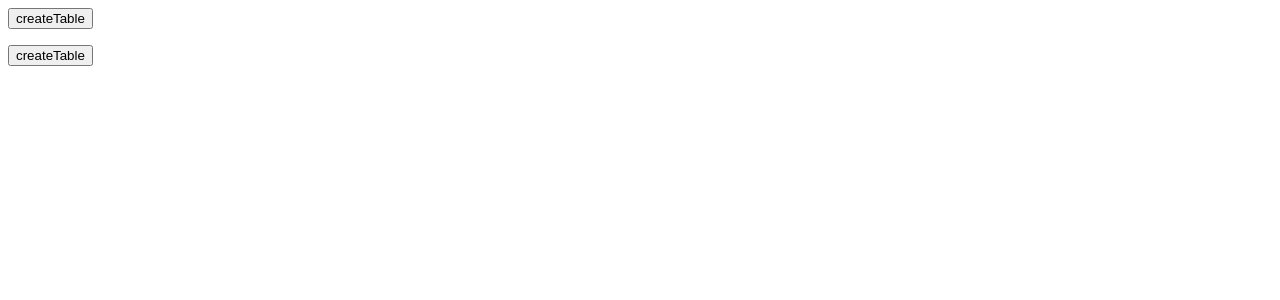
Repository: qq847261175/JavaWeb
Page: Jdbc_0010_MysqlConnected/WebRoot/welcome.html
The author's editor kept a copy of each file at every save. The page is drawn from the files as they stood at one save, then again after the next save.
The browser window is 1280 px wide. The pictures show the whole page.

Above is the page before, as saved 2016-10-28 08:59:43.

### Jdbc_0010_MysqlConnected/WebRoot/welcome.html
<head>

<body>
<form action="CreateTableServlet" method="post">
<input type="submit" value="createTable"/><br/>
</form>
<form action="AddServlet" method="post">
<input type="submit" value="createTable"/><br/>
</form>
</body>

</head>

After the next save:
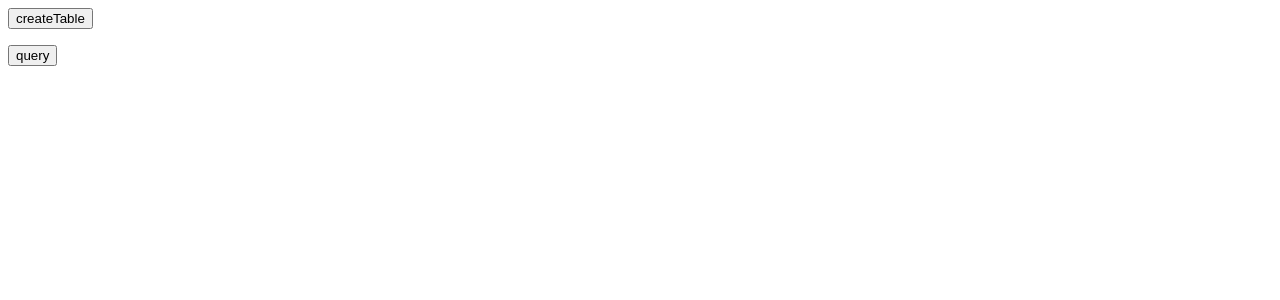
Saved 23 s later.
--- a/Jdbc_0010_MysqlConnected/WebRoot/welcome.html
+++ b/Jdbc_0010_MysqlConnected/WebRoot/welcome.html
@@ -5,7 +5,7 @@
 <input type="submit" value="createTable"/><br/>
 </form>
 <form action="AddServlet" method="post">
-<input type="submit" value="createTable"/><br/>
+<input type="submit" value="query"/><br/>
 </form>
 </body>
 
